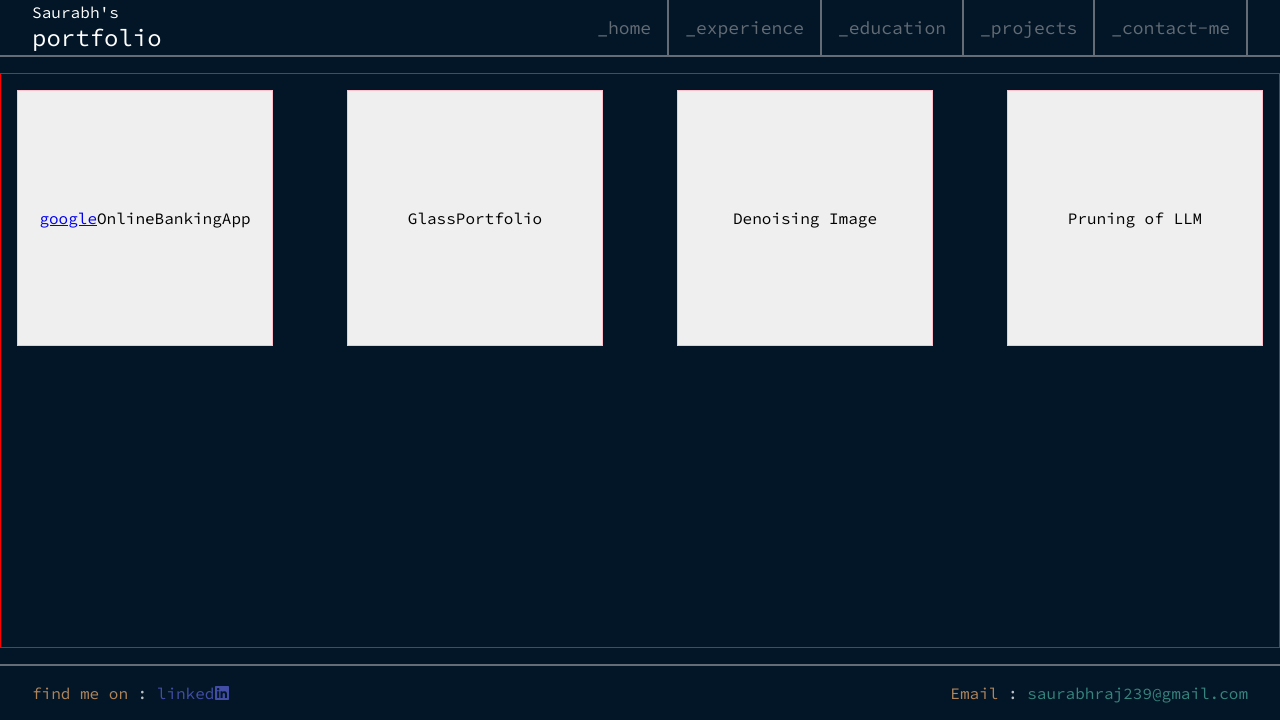
Repository: saurabhraj23/FrontendReactPortfolio
Page: /projects
These files come from the project's save history. The page is drawn as it stood at one moment and after a run of saves; the edit follows.
The browser window is 1280 px wide. The pictures show the whole page.
The project was rebuilt for these pictures with package versions that can differ from the ones it lists, and the page was loaded fresh each time. Also part of the build but not shown: vite.config.js, src/components/Education.jsx, src/components/Experience.jsx, src/components/Contacts.jsx, src/styles/default-page.css, src/components/DefaultPage.jsx.

Above is the page before, as saved 2024-07-23 00:02:14.

### src/App.jsx
import React from "react";
import { BrowserRouter as Router, Route, Routes } from "react-router-dom";
import "./styles/App.css";
import Home from "./components/Home";
import Education from "./components/Education";
import Experience from "./components/Experience";
import Contacts from "./components/Contacts";
import Projects from "./components/Projects";
import Heading from "./components/Heading";
import Footer from "./components/Footer";
import DefaultPage from "./components/DefaultPage";

function App() {
  return (
    <div className="main">
      <Router>
        <Heading />
        <Routes>
          <Route path="/" element={<Home />}>
            <Route path="/" element={<DefaultPage />} />
            <Route path="/education" element={<Education />} />
            <Route path="/experience" element={<Experience />} />
            <Route path="/contacts" element={<Contacts />} />
            <Route path="/projects" element={<Projects />} />
          </Route>
        </Routes>
        <Footer />
      </Router>
    </div>
  );
}

export default App;

### src/styles/App.css
@import "./color.css";
@import "./experience.css";
@import "./education.css";
@import "./project.css";
@import "./header.css";
@import "./contact-me.css";
@import "./footer.css";
@import "./default-page.css";


*{
  margin:0;
  padding: 0;
  box-sizing: border-box;
  font-family: "Source Code Pro";
  font-weight: 400;
}

.main{
  background-color: var(--bg-color);
  color: var(--primary-white);
  height: 100vh;
  width: 100%;
  display: grid;
  grid-template-rows: 1fr 8fr 1fr;
  grid-template-columns: 4fr 3fr;
padding: 0;
}

### src/components/Home.jsx
import React from "react";
import { Outlet } from "react-router-dom";

function Home() {
  return (
    <>
      <Outlet />
    </>
  );
}

export default Home;

### src/components/Projects.jsx
import React from "react";
import "../styles/App.css";

function Projects() {
  return (
    <>
      <div className="projects-left-side"></div>
      <div className="projects-right-side">
        <button className="project-item">
          <a href="http://www.google.com">google</a>
          OnlineBankingApp
        </button>
        <button className="project-item">GlassPortfolio</button>
        <button className="project-item">Denoising Image</button>
        <button className="project-item">Pruning of LLM</button>
      </div>
    </>
  );
}

export default Projects;

### src/components/Heading.jsx
import React from "react";
import Navbar from "./Navbar";
function Heading() {
  return (
    <header className={"heading"}>
      <h2>
        <h6>Saurabh's</h6>
        portfolio
      </h2>
      <Navbar />
    </header>
  );
}

export default Heading;

### src/components/Footer.jsx
import React from "react";
import { Link } from "react-router-dom";
import { FaLinkedin } from "react-icons/fa";

function Footer() {
  return (
    <footer className="footer">
      <div>
        <span>find me on</span> <span>&nbsp;:</span>
        <Link to={"https://www.linkedin.com/in/saurabhraj239/"}>
          <span>
            &nbsp;linked
            <FaLinkedin />
          </span>
        </Link>
      </div>
      <div>
        <span>Email</span> <span> :</span>
        <span> saurabhraj239@gmail.com</span>
      </div>
    </footer>
  );
}

export default Footer;

### src/styles/color.css
@import url('https://fonts.googleapis.com/css2?family=Source+Code+Pro:ital,wght@0,200..900;1,200..900&display=swap');

:root {
--bg-color:#031627;
--primary-white:#fff;
--primary-dark:#d3d0d076;
--secondary-blue:#424ea6;
--tertiary-green:#37857e;
--tertiary-green-dark:#77E4C8;
--tertiary-brown-light:#D4BDAC;
--tertiary-orange:#b0855a;

}

### src/styles/experience.css
@import "./color.css";

.experience-left-side{
  display: none;
}
.experience-right-side{
  margin: 2rem;
  grid-column: 1/3;

}
.experience-right-side > div:first-child{
  display: flex;
  justify-content: space-between;
}
.experience-right-side>div:first-child>span:nth-child(2) span{
display: inline-block;
}
.experience-right-side>div:first-child>span:nth-child(2)>span:nth-child(2){
  animation: present 2s infinite alternate ease-in-out;

}

@keyframes present {
  from{

    opacity: 0;
  }
  to{

    opacity: 1;
  }
}

.experience-right-side>div:first-child>span:first-child{
  font-size: 1.4rem;
  color: var(--secondary-blue);
  font-weight: 600;
  margin-bottom: 3rem;
  text-decoration: underline;
}

.experience-right-side span{
  display: block;
}

.internship-details{
  display: flex;
  flex-direction: column;
}
.internship-details>span:first-child{
  font-size: 1.2rem;
  color: var(--tertiary-green);
  font-weight: 600;
  letter-spacing: 0.2rem;
  margin-bottom:1rem ;


}
.internship-details>span:nth-child(2){
  /* letter-spacing: 0.1rem; */
  color: var(--tertiary-brown-light);

}

.internship-details>span:nth-child(2)>span:first-child{
  font-size: 1.1rem;
  font-weight: 500;
  color: var(--tertiary-orange);

}


.internship-details>span:first-child span{
  display: inline-block;

}

.internship-details>span:nth-child(2)>span:first-child{
  letter-spacing: 0.2rem;
}

.internship-details>span:first-child>span:first-child{
  animation: arrowMove 1.6s infinite alternate ease-in-out;
  }

.fte-details{
  display: flex;
  flex-direction: column;
  margin-top: 2rem;

}
.fte-details>span:first-child{
  font-size: 1.2rem;
  color: var(--tertiary-green);
  font-weight: 600;
  letter-spacing: 0.2rem;
  margin-bottom: 1rem;

}

.fte-details>span:nth-child(2){
  color: var(--tertiary-brown-light);
}

.fte-details>span:nth-child(2)>span:nth-child(1)>span:first-child{
  color: var(--tertiary-orange);
  font-size: 1.1rem;
  font-weight: 500;
  }

.fte-details>span:nth-child(2)>span:nth-child(2)>span:first-child{
  letter-spacing: 0.2rem;
}
.fte-details>span:nth-child(2)>span:nth-child(1)>span:first-child{
  letter-spacing: 0.2rem;
}

.fte-details>span:nth-child(2)>span:nth-child(2){
  margin-top: 1rem;
}
.fte-details>span:nth-child(2)>span:nth-child(2)>span:first-child{
font-size: 1.1rem;
font-weight: 500;
color: var(--tertiary-orange);
}

.fte-details>span:first-child span{
  display: inline-block;
}

.fte-details>span:first-child>span:first-child{
animation: arrowMove 1.6s infinite alternate ease-in-out;
}

@keyframes arrowMove {
  from{
    transform: translateX(-0.6rem);
  }
  to{
    transform: translateX(0);
  }
}

.current-working  span{
  display: inline-block;
  animation: colorChange 2s infinite alternate ease-in-out ;

}

@keyframes colorChange {
  from{
color: var(--tertiary-brown-light);
  }

  to{
    color: var(--primary-white);

  }
}
.current-working{
  display: flex;
  flex-direction: row;
}

### src/styles/education.css
 @import "./color.css";

.education-left-side{
  display: none;
}
.education-right-side{
  margin: 2rem ;
  grid-column: 1/3;

}

.education-right-side{
  display: flex;
  flex-direction: column;
}

.degrees{
  display: flex;
  justify-content: space-between;
  margin-bottom: 2rem;
}

.degrees>span:first-child>h2{
  color: var(--tertiary-orange);
}
.degrees>span:first-child>h4{
  color: var(--tertiary-green);
}
.degrees>span:first-child>h5{
  color: var(--tertiary-brown-light);
  font-weight: 600;
}

.degrees>span:first-child>h3{
  display: flex;
  flex-direction: row;
}

.degrees>span:first-child>h3>span:nth-child(2){
  color: var(--tertiary-green-dark);
  animation: passed 2s infinite alternate ease-in-out;
}

@keyframes passed {
  from{
opacity: 0;
  }
  to{
opacity: 1;
  }
}
.degrees span:first-child {
  display: flex;
  flex-direction: column;
  gap: 0.6rem;
}
.degree-year{
  color: var(--tertiary-orange);
}

### src/styles/project.css
.projects-left-side{
  border: 1px solid red;
  display: none;
}
.projects-right-side{
  border: 1px solid red;
  grid-column: 1/3;
  display: flex;
  justify-content: space-between;
  padding:1rem ;
}

.project-item{
  border: 1px solid pink;
width: 20vw;
height: 20vw;
box-sizing: border-box;
font-size: 1rem;
}

.project-item:hover{
cursor: pointer;
box-shadow: 0.2rem 0.2rem 2rem 0 var(--secondary-blue);
}

### src/styles/header.css
.heading{
  grid-column: 1/3;
  display: flex;
  justify-content: space-between;
  align-items: center;
  border-bottom: 0.16rem solid var(--primary-dark);
  padding:0 2rem;
  margin-bottom: 1rem;
  }

  nav button{
    padding: 1rem;
    background-color: transparent;
    cursor: pointer;
    font-size: large;
    color: var(--primary-dark);
    border: none;
    border-right: 0.16rem solid var(--primary-dark);
  }

  nav button:hover{
    color: var(--primary-white);
    box-shadow: inset 0 -0.16rem 0 0 var(--tertiary-green);

  }

  .active{
    /* box-shadow: inset 0 -0.16rem 0 0 var(--tertiary-green); */
    color: var(--tertiary-green);
  }

### src/styles/contact-me.css
@import "../styles/color.css";

.contact-me-left-side{
  display: none;
}

.contact-me-right-side{
  grid-column: 1/3;
  display: grid;
  grid-template-columns: 2fr 1.1fr;
padding:  0 2rem;
}

.contact-me-left{
  /* border: 1px solid green; */
  padding: 1rem 2rem;
display: flex;
flex-direction: column;
gap: 0.7rem;

}

.contact-me-right{
  background-color: var(--primary-white);
  border-radius: 3%;
  padding: 1rem 2rem;
  color: var(--tertiary-green);
}

.image{
display: flex;
flex-direction: column;
align-items: center;
justify-content: center;
position: relative;
}

.image>img{
  width: 40%;
  object-fit: contain;
  border-radius: 50%;
  position: relative;
  z-index: 10;
}

.contact-me-left>span:first-child {
  font-size: 2.2rem;
  letter-spacing: 0.4rem;
  font-weight: 500;
}
.contact-me-left>span:first-child span{
  font-size: 2rem;
  letter-spacing: 0.4rem;
  color: var(--tertiary-green-dark);
  font-weight: 500;

}

.contact-me-left span{
  font-size: 1rem;
}
.contact-me-left a{
  text-decoration: none;
}
.contact-me-left a:visited{
color: var(--primary-white);
}

.circle{
  /* border: 1px solid red; */
  width: 44%;
  padding-top: 44%;
  border-radius: 50%;
  position: absolute;
  background-color: var(--tertiary-green);
  /* transform: translateX(-4rem); */
  z-index: 8;
  animation: round 4s infinite alternate ease-in-out;
}

@keyframes round {
  from{
background-color: val(--bg-color);
transform: scale(0);
  }
  50%{
    background-color: val(--secondary-blue);
    transform: scale(0.9);
  }
  to{
    background-color: val(--tertiary-green);
    transform: scale(1);
  }
}

.contact-details>span:first-child{
color: var(--tertiary-green-dark);
}

form{
display: flex;
flex-direction: column;
font-size: larger;
letter-spacing: 0.1rem;


}
.contact-me-form-heading{
text-align: center;
font-size: 2rem;
  width: 100%;

padding: 0.6rem;
border-radius: 0.4rem;
letter-spacing: 0.2rem;
box-shadow: 0 0.12rem 0 0.2rem var(--tertiary-green);

}


.contact-me-form-heading>span{

}

.fields{
  display: flex;
  flex-direction: column;
  margin-top: 1.8rem;

}

.fields>input{
  height: 2rem;
  border: none;
  outline: none;
  border-bottom: 0.16rem solid var(--primary-dark);
  font-size: 1rem;
  box-sizing:border-box;
  padding: 0.6rem;
  letter-spacing: 0.1rem;


}

.fields>input:focus{
border-bottom: 0.2rem solid var(--tertiary-green);

}

form div:nth-of-type(5)>textarea{
/* height: 8rem; */
outline: 0.12rem solid var(--primary-dark);
border-radius: 0.4rem;
padding-left: 1rem;
margin-top: 1rem;
padding: 0;
border: none;
border-bottom: 0.16rem solid var(--primary-dark);
font-size: 1rem;
resize: none;
box-sizing: border-box;
padding:0.6rem ;
}

.fields>textarea:focus{
  /* border-bottom: 0.2rem solid var(--tertiary-green); */
  box-shadow: 0 0.2rem 0 0 var(--tertiary-green)

  }

form> button{
font-size: large;
padding: 0.6rem 0.6rem;
border-radius: 2rem;
border: none;
cursor: pointer;
color: var(--primary-white);
background-color: var(--tertiary-green);
margin-top: 1rem;
}

.radio{
  display: flex;
  flex-direction: row;
  justify-content: space-evenly;
padding-top: 2rem;
}

.radio>span>label{
margin-left: 1rem;
/* font-size: larger; */
}

.radio>span>input{
  scale: 1.2;
  }

### src/styles/footer.css
.footer{
  grid-column: 1/3;
  display: flex;
  flex-direction: row;
  justify-content: space-between;
  align-items: center;
  padding: 0 2rem;
  border-top: 0.16rem solid var(--primary-dark);
margin-top: 1rem;
}

.footer > div:first-child{
  display: flex;
  align-items: center;
  justify-content: center;
}

.footer > div:first-child > span:first-child{
  color: var(--tertiary-orange);
}
.footer > div:first-child > a>span{
  color: var(--secondary-blue);
  display: flex;
  align-items: center;
  justify-content: center;
}

.footer > div:nth-of-type(2) > span:nth-of-type(1){
  color: var(--tertiary-orange);
}
.footer > div:nth-of-type(2) > span:nth-of-type(3){
  color: var(--tertiary-green);
}

.footer>div:first-child >a{
text-decoration: none;
color: var(--secondary-blue);
}

.footer>div:first-child span:nth-child(2){
  animation: blink 2s infinite alternate linear;
}
.footer>div:last-child span:nth-child(2){
  animation: blink 2s infinite alternate linear;
  color: white;
}

@keyframes blink {
  from{
    opacity: 0;
  }
  to{
    opacity: 1;
  }
}

### src/components/Navbar.jsx
import React, { useRef, useState } from "react";
import { Link } from "react-router-dom";

function Navbar() {
  const navBar = [
    { path: "/", label: "_home" },
    { path: "/experience", label: "_experience" },
    { path: "/education", label: "_education" },
    { path: "/projects", label: "_projects" },
    { path: "/contacts", label: "_contact-me" },
  ];

  const [activeIndex, setActiveIndex] = useState(false);

  return (
    <nav>
      {navBar.map((element, idx) => (
        <Link key={idx} to={element.path}>
          <button
            className={activeIndex === idx ? "active" : ""}
            onClick={() => {
              setActiveIndex(idx);
            }}
          >
            {element.label}
          </button>
        </Link>
      ))}
    </nav>
  );
}

export default Navbar;

Loaded but not shown: index.html (common file); src/main.jsx (common file); src/index.css (no stored copy; drawn as an empty file)

After the next 2 saves:
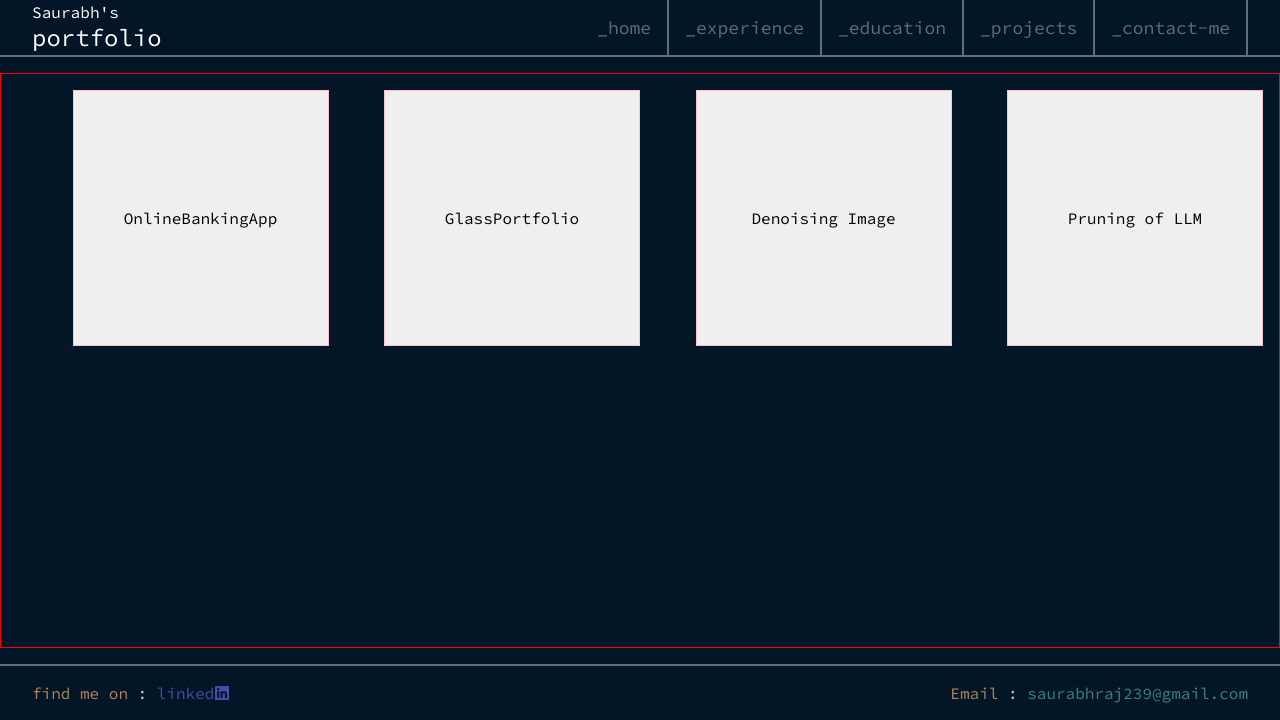
The 2 saves are shown as one change because they came seconds apart.
The last was saved 32 s later.
--- a/src/components/Projects.jsx
+++ b/src/components/Projects.jsx
@@ -1,15 +1,14 @@
 import React from "react";
 import "../styles/App.css";
+import { Link } from "react-router-dom";
 
 function Projects() {
   return (
     <>
       <div className="projects-left-side"></div>
       <div className="projects-right-side">
-        <button className="project-item">
-          <a href="http://www.google.com">google</a>
-          OnlineBankingApp
-        </button>
+        <Link></Link>
+        <button className="project-item">OnlineBankingApp</button>
         <button className="project-item">GlassPortfolio</button>
         <button className="project-item">Denoising Image</button>
         <button className="project-item">Pruning of LLM</button>

After the 4 saves that followed:
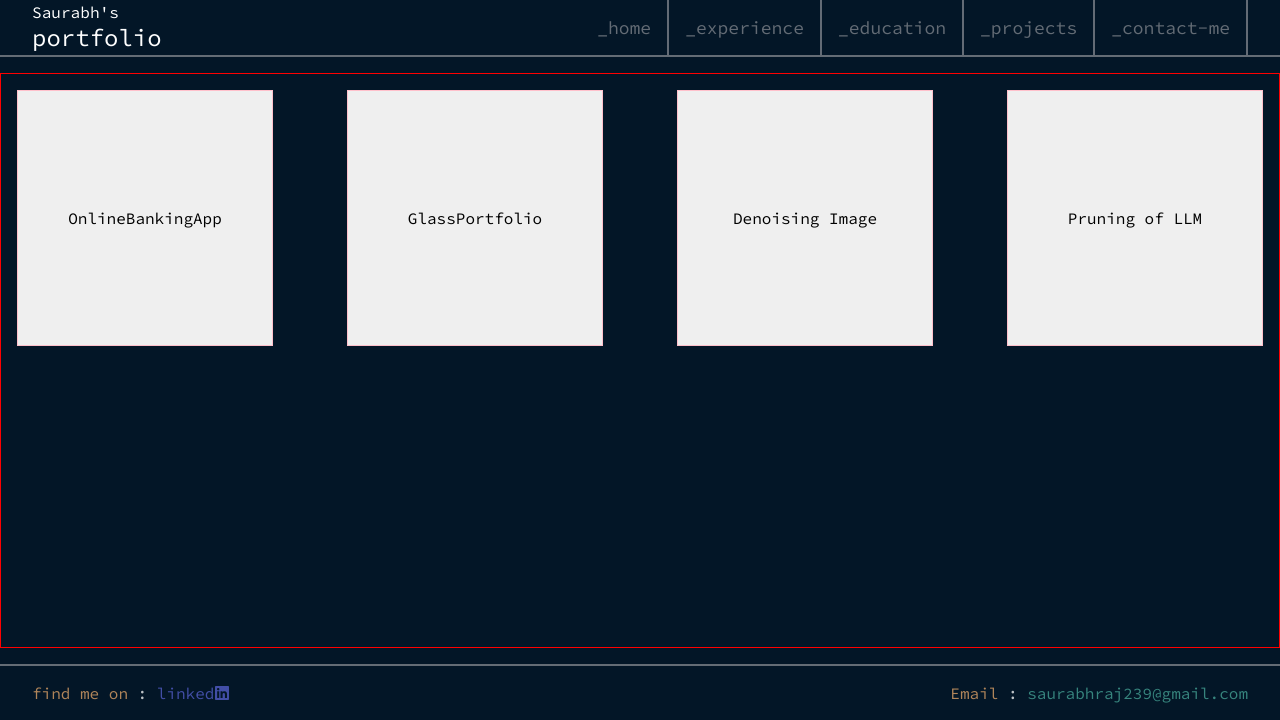
The 4 saves are shown as one change because 1 did not build or start and 1 left the picture as it was and some came seconds apart.
The last was saved 56 s later.
--- a/src/components/Projects.jsx
+++ b/src/components/Projects.jsx
@@ -7,8 +7,10 @@
     <>
       <div className="projects-left-side"></div>
       <div className="projects-right-side">
-        <Link></Link>
-        <button className="project-item">OnlineBankingApp</button>
+        <Link to={"https://github.com/saurabhraj23/OnlineBankingAppKPMG"}>
+          <button className="project-item">OnlineBankingApp</button>
+        </Link>
+
         <button className="project-item">GlassPortfolio</button>
         <button className="project-item">Denoising Image</button>
         <button className="project-item">Pruning of LLM</button>
